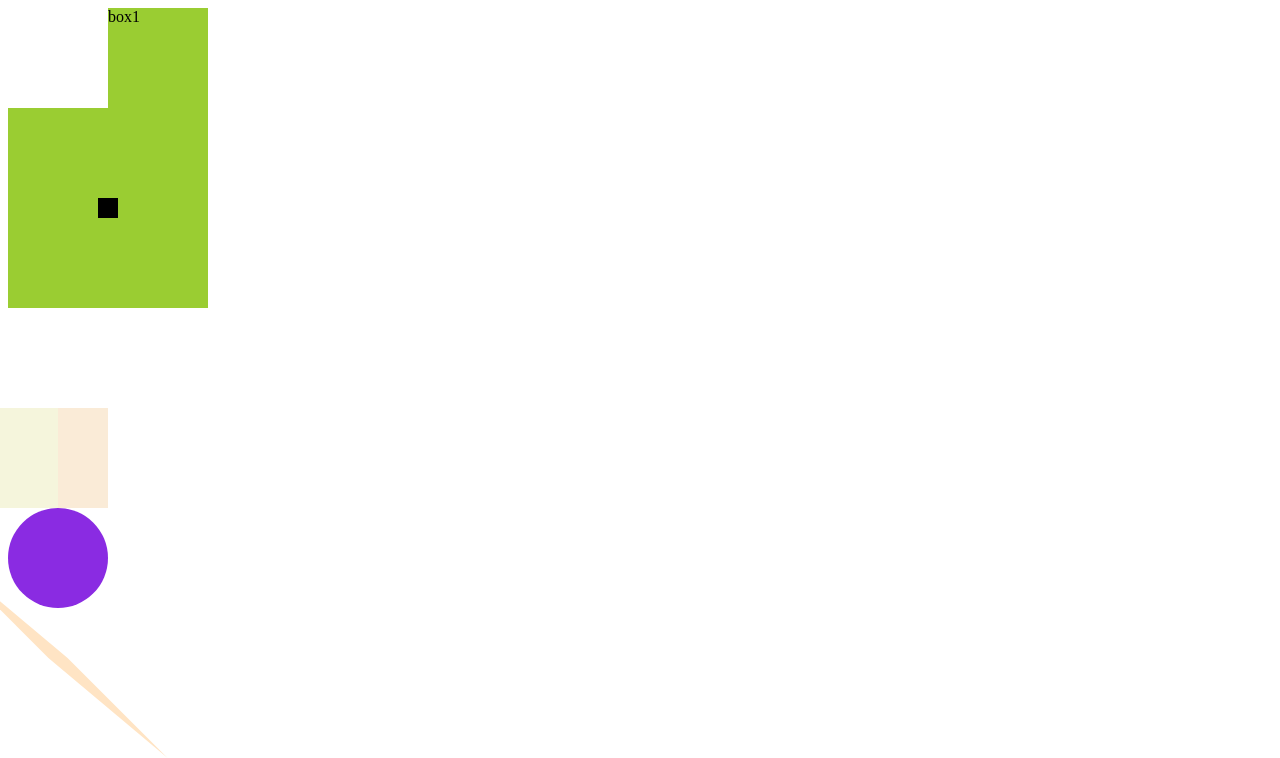
Repository: northpx/animation
Page: index.html
An editor plug-in stored every save of this project. The page is shown before and after the next save, followed by the edit.
The browser window is 1280 px wide. The pictures show the whole page.

Above is the page before, as saved 2022-12-19 19:37:13.

After the next save:
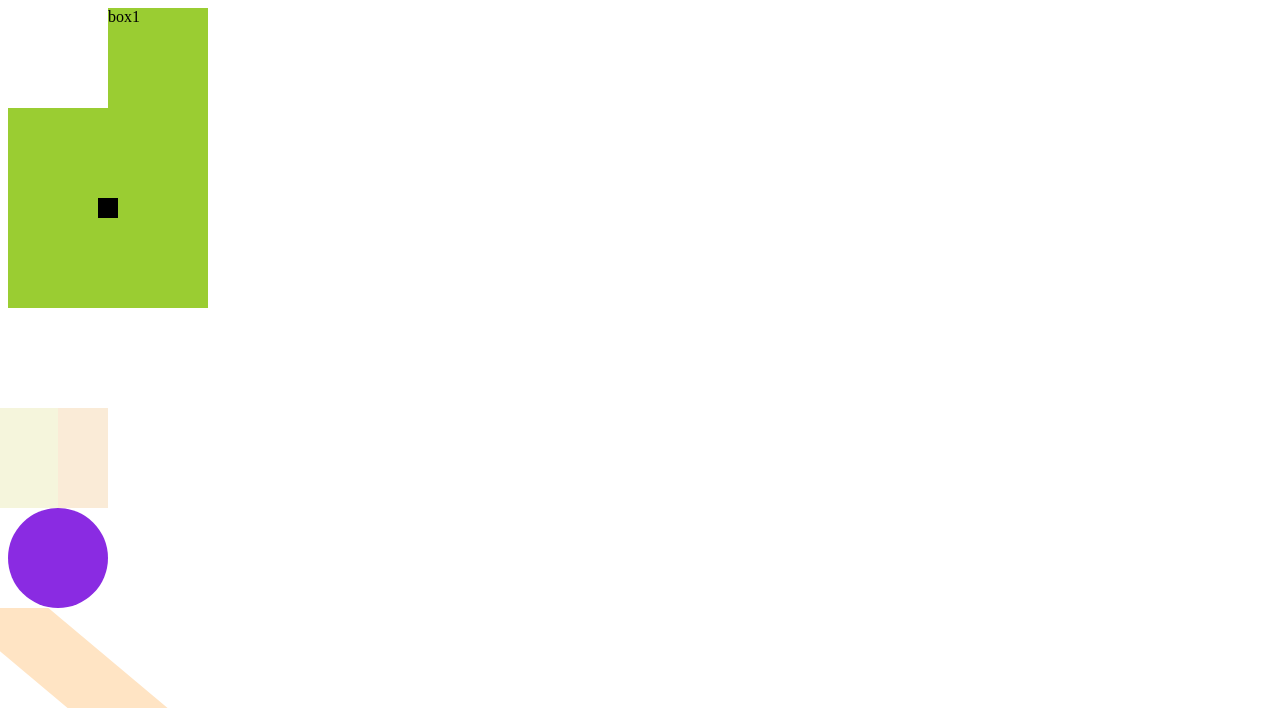
Saved 97 s later.
--- a/style.css
+++ b/style.css
@@ -72,5 +72,5 @@
     height: 100px;
     background-color: bisque;
     /* transform: skewX(45deg); */
-    transform: skew(50deg, 45deg);
+    transform: skew(50deg);
 }
